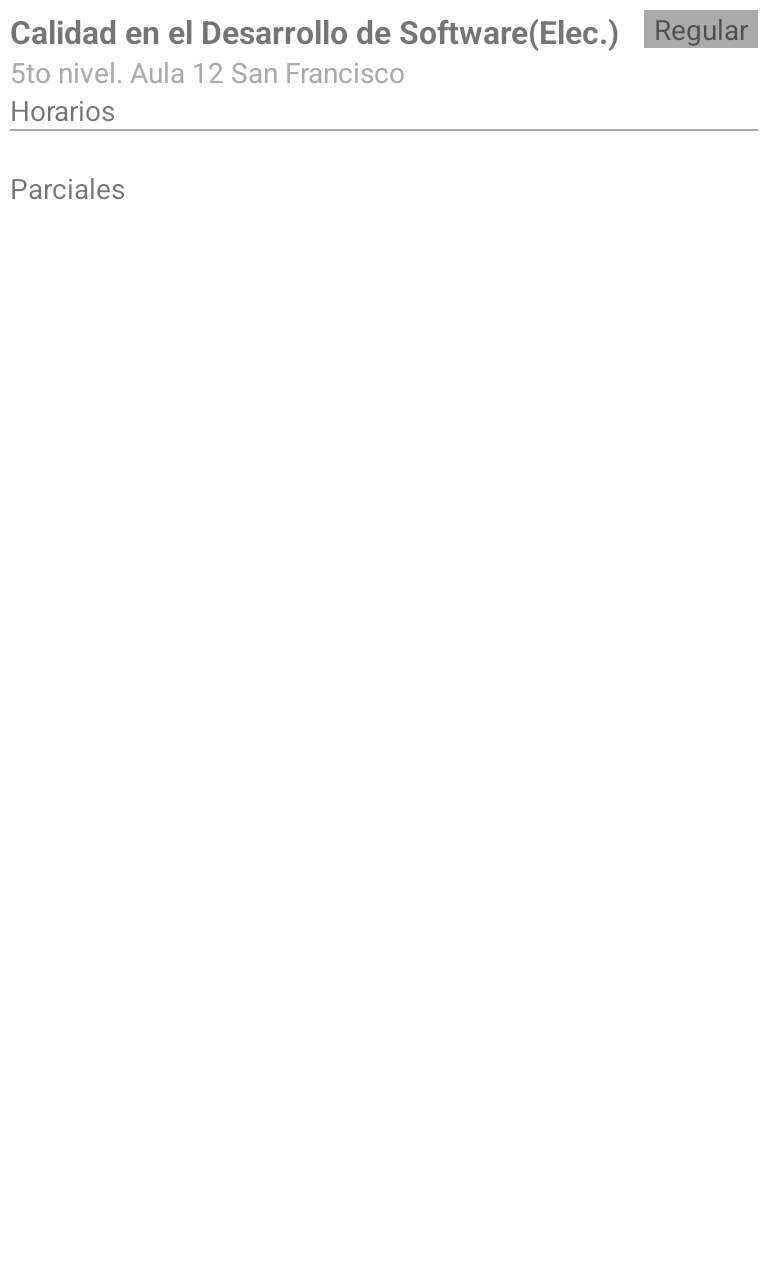
Repository: juanpablobono/Sysacadalumnos
Layout: Sysacad/res/layout/lst_cursado_item.xml
An editor plug-in stored every save of this project. The layout is shown before and after the next save, followed by the edit.
It is drawn on a 768 x 1280 px phone screen (xhdpi) without system bars, with theme temaSysacad; the app's code is not run.

Above is the layout before, as saved 2014-07-07 13:43:37.

After the next save:
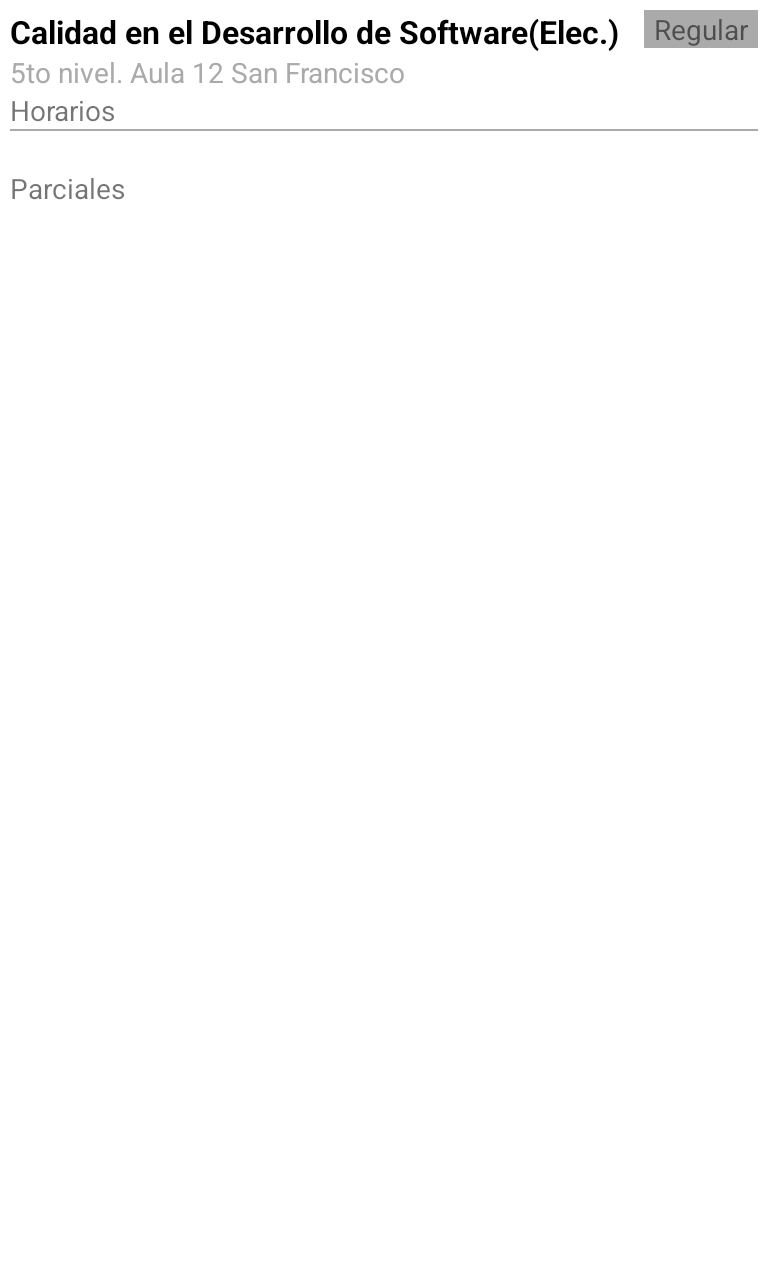
Saved 68 s later.
--- a/Sysacad/res/layout/lst_cursado_item.xml
+++ b/Sysacad/res/layout/lst_cursado_item.xml
@@ -16,6 +16,7 @@
         android:layout_marginRight="5dp"
         android:textSize="16sp"
         android:textStyle="bold"
+        android:textColor="@android:color/black"
         android:maxLines="1"/>
 
     <TextView
